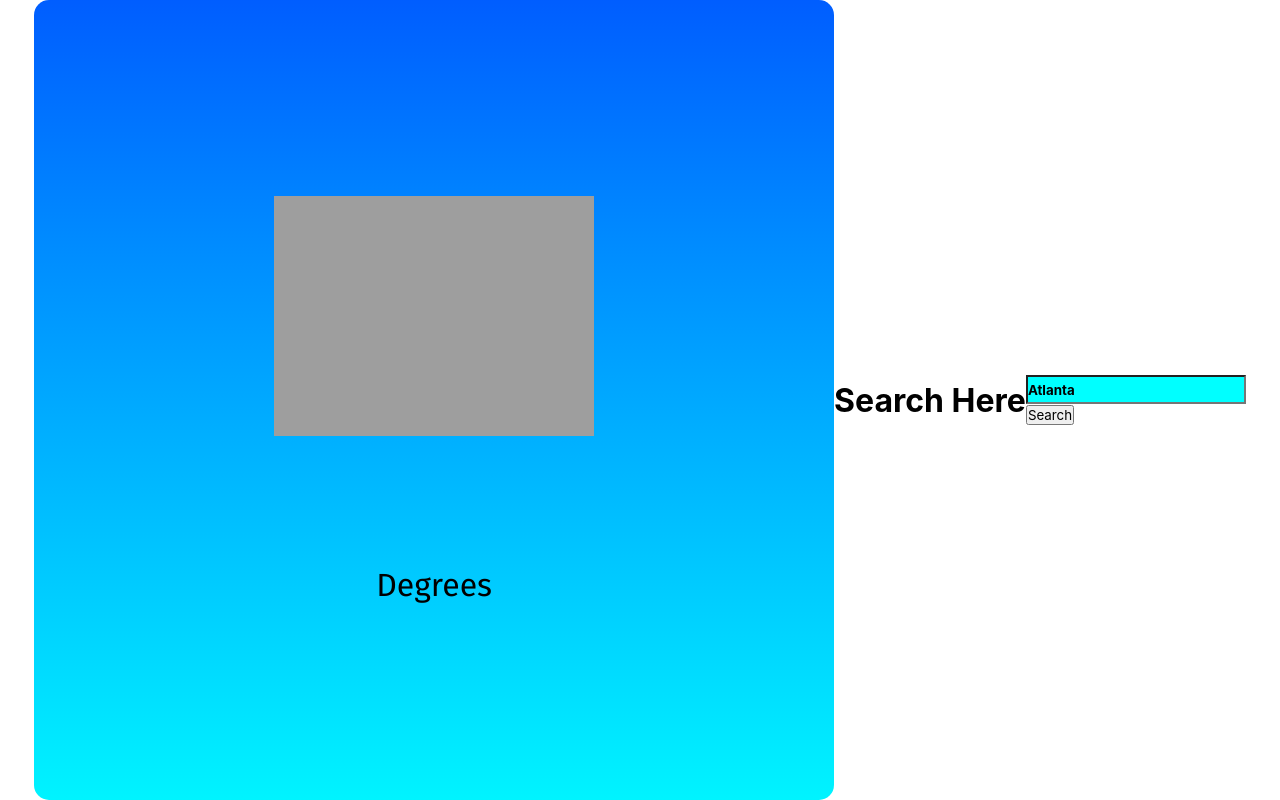
Repository: sayrilamar/chumsweatherapp
Page: /
An editor plug-in stored every save of this project. The page is shown before and after the next save, followed by the edit.
The browser window is 1280 px wide. The pictures show the whole page.
Pictures or frames that could not be fetched are drawn as grey boxes. The page's requests for data from a server got no answer. The project was rebuilt for these pictures with package versions that can differ from the ones it lists, and the page was loaded fresh each time. No one was signed in, and anything a server would have sent is missing.

Above is the page before, as saved 2020-04-18 16:57:05.

### src/index.css
* {
  margin: 0;
  padding: 0;
  font-family: -apple-system, BlinkMacSystemFont, 'Segoe UI', 'Roboto', 'Oxygen',
    'Ubuntu', 'Cantarell', 'Fira Sans', 'Droid Sans', 'Helvetica Neue',
    sans-serif;
  -webkit-font-smoothing: antialiased;
  -moz-osx-font-smoothing: grayscale;
}

### src/App.js
import React, {useState, useEffect} from "react";
import "./App.css";
import WeatherCard from "./components/WeatherCard/component.js";

function App() {
  const [query,
    setQuery] = useState("Atlanta");
  const [weather,
    setWeather] = useState({temp: null, city: null, condition: null, country: null, description: null});

  const data = async q => {
    const apiRes = await fetch(`http://api.openweathermap.org/data/2.5/weather?q=${q}&units=imperial&APPID=ab0ef440364092f54ff821ca2b803163`);
    const resJSON = await apiRes.json();
    return resJSON;
  };

  const handleSearch = e => {
    // data(query).then(res => console.log(res));
    e.preventDefault();
    data(query).then(res => {
      setWeather({temp: res.main.temp, city: res.name, condition: res.weather[0].main, country: res.sys.country, description: res.weather[0].description});
    });
  };

  // runs once the dom is loaded for the first time only, because there is no
  // variable being watched in the dependency array
  useEffect(() => {
    data(query).then(res => {
      setWeather({temp: res.main.temp, city: res.name, condition: res.weather[0].main, country: res.sys.country, description: res.weather[0].description});
    });
  }, []);

  return (
    <div className="App">
      <div>
        <WeatherCard
          temp={weather.temp}
          condition={weather.condition}
          city={weather.city}
          state={weather.country}
          description={weather.description}/>
      </div>
      <h1>Search Here</h1>
      <form>
        <div>
          <input
            className="input"
            value={query}
            onChange={e => setQuery(e.target.value)}/>
        </div>
        <div>
          <button onClick={e => handleSearch(e)}>Search</button>
        </div>
      </form>
    </div>
  );
}

export default App;

### src/App.css
@import url("https://fonts.googleapis.com/css?family=Merriweather|Fira+Sans&display=swap");

.App {
  margin: 0 auto;
  color: white;
  display: flex;
  justify-content: center;
  align-items: center;
}

h1 {
  color: black;
}

.input {
  background-color: aqua;
  font-weight: bold;
  height: 25px
}

### src/components/WeatherCard/component.js
import React from "react";
import styled from "@emotion/styled";
import Location from "./Location";
import Icon from "./Icon";
import Condition from "./Condition";

const WeatherCard = ({temp, condition, city, state, description}) => {
    let highColor = 0;
    let lowColor = 0;
    let bg = null;

    if (temp > 53.6) {
        highColor = (1 - (temp - 53.6) / 50.4) * 255;
        lowColor = highColor - 150;
        bg = `linear-gradient(
            to top,
            rgb(255, ${highColor}, 0),
            rgb(255, ${lowColor}, 0)
          )`;
    } else if (temp <= 53.6) {
        highColor = (1 - (temp + 4) / 89) * 255;
        lowColor = highColor - 150;
        bg = `linear-gradient(
            to top,
            rgb(0, ${highColor}, 255),
            rgb(0, ${lowColor}, 255)
          )`;
    }

    const Card = styled.div `
    margin: 0 auto;
    background: ${bg};
    width: 800px;
    height: 800px;
    display: flex;
    flex-direction: column;
    justify-content: space-around;
    align-items: center;
    border-radius: 15px;
  `;

    return (
        <Card>
            <Location city={city} state={state}/>
            <Icon condition={condition}/>
            <Condition temp={temp} condition={condition} description={description}/>
        </Card>
    );
};

export default WeatherCard;

### src/components/WeatherCard/Location.js
import React from "react";
import styled from "@emotion/styled";

const Location = ({city, state}) => {
  const Container = styled.div `
    text-align: center;
  `;

  const City = styled.h1 `
    font-family: "Merriweather", sans-serif;
    font-size: 1.6rem;
  `;

  const Country = styled.h3 `
    font-family: "Fira Sans", sans-serif;
    font-size: 1.1rem;
  `;

  return (
    <Container>
      <City>{city}</City>
      <Country>{state}</Country>
    </Container>
  );
};

export default Location;

### src/components/WeatherCard/Icon.js
import React from "react";
import styled from "@emotion/styled";

// https://openweathermap.org/weather-conditions
const Icon = ({condition}) => {
  let icon;
  switch (condition) {
    case "Clouds":
      icon = `02d@2x`;
      break;
    case "Clear":
      icon = `01d@2x`;
      break;
    case "Haze":
      icon = `50d@2x`;
      break;
    case "Fog":
      icon = `50d@2x`;
      break;
    case "Tornado":
      icon = `50d@2x`;
      break;
    case "Dust":
      icon = `50d@2x`;
      break;
    case "Mist":
      icon = `50d@2x`;
      break;
    case "Snow":
      icon = `13d@2x`;
      break;
    case "Rain":
      icon = `10d@2x`;
      break;
    case "Drizzle":
      icon = `11d@2x`;
      break;
    case "Thunderstorm":
      icon = `11d@2x`;
      break;
    default:
      icon = ``;
      break;
  }

  const Icon = styled.img `
    width: 40%;
  `;

  return (<Icon src={`http://openweathermap.org/img/wn/${icon}.png`} alt="Weather Icon"/>);
};

export default Icon;

### src/components/WeatherCard/Condition.js
import React, {Fragment} from "react";
import styled from "@emotion/styled";

const Condition = ({temp, condition, description}) => {
  const Temp = styled.h1 `
    font-family: "Fira Sans", sans-serif;
    font-size: 2rem;
    font-weight: 200;
  `;

  const State = styled.h3 `
    font-family: "Merriweather", sans-serif;
    font-size: 1.2rem;
  `;

  return (
    <Fragment>
      <Temp>
        {temp}
        Degrees
      </Temp>
      <State>{description}</State>
    </Fragment>
  );
};

export default Condition;

Loaded but not shown: public/index.html (common file); src/index.js (common file); src/serviceWorker.js (common file)

After the next save:
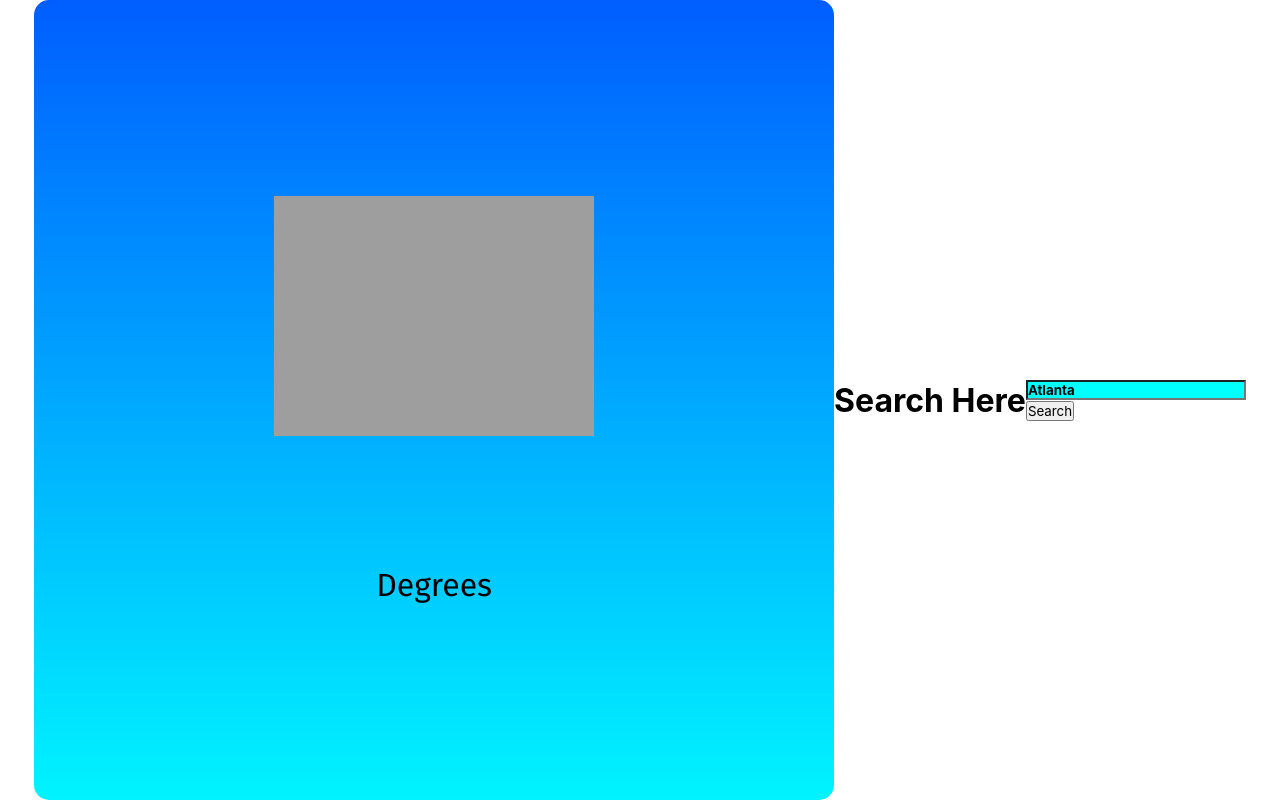
Saved 11 s later.
--- a/src/App.css
+++ b/src/App.css
@@ -15,5 +15,5 @@ h1 {
 .input {
   background-color: aqua;
   font-weight: bold;
-  height: 25px
+  height: 25px width: 50px
 }
